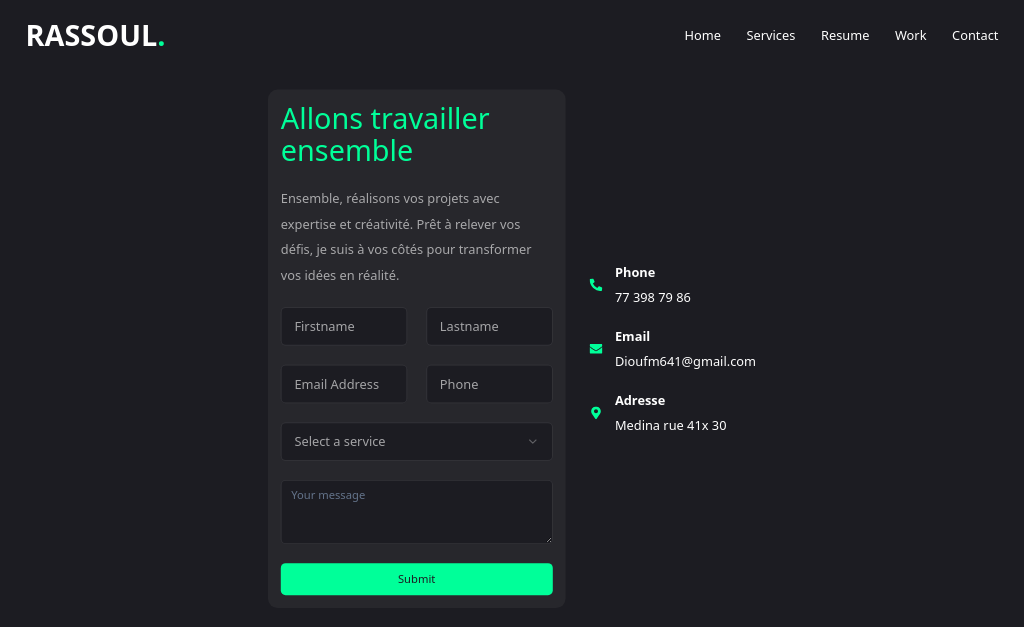
Repository: MDiouf9/portfolio2
Page: /contact
The author's editor kept a copy of each file at every save. The page is drawn from the files as they stood at one save, then again after the next save.
The browser window is 1280 px wide. The pictures show the whole page, at 80% of full size.
The project was rebuilt for these pictures with package versions that can differ from the ones it lists, and the page was loaded fresh each time. The framework's server and built-in components were replaced by stand-ins that run in the browser. Also part of the build but not shown: next.config.mjs.

Above is the page before, as saved 2024-10-16 00:00:12.

### src/app/contact/page.tsx
"use client"
import { Button } from '@/components/ui/button';
import { Input } from '@/components/ui/input';
import { Textarea } from '@/components/ui/textarea';
import {
  Select,
  SelectContent,
  SelectGroup,
  SelectItem,
  SelectLabel,
  SelectTrigger,
  SelectValue
} from '@/components/ui/select';
import { FaPhoneAlt, FaEnvelope, FaMapMarkerAlt } from 'react-icons/fa';
import { motion } from 'framer-motion';

const info = [
  {
    icon: <FaPhoneAlt />,
    title: 'Phone',
    description: '77 398 79 86'
  },
  {
    icon: <FaEnvelope />,
    title: 'Email',
    description: 'Dioufm641@gmail.com'
  },
  {
    icon: <FaMapMarkerAlt />,
    title: 'Adresse',
    description: 'Medina rue 41x 30'
  }
];

const Contact = () => {
  return (
    <motion.section
      initial={{ opacity: 0 }}
      animate={{
        opacity: 1,
        transition: { delay: 2.4, duration: 0.4, ease: 'easeIn' },
      }}
      className="py-6"
    >
      <div className="container mx-auto">
        <div className="flex flex-col   xl:flex-row gap-[30px]">
          {/* Formulaire de contact */}
          <div className="  xl:h-[54%] order-2  xl:order-none ">
            <form className="flex flex-col w- gap-6 p-4 bg-[#27272c] rounded-xl ">
              <h3 className="text-4xl text-accent"> Allons travailler ensemble</h3>
              <p className="text-white/60">


Ensemble, réalisons vos projets avec expertise et créativité. Prêt à relever vos défis, je suis à vos côtés pour transformer vos idées en réalité.
              </p>
              <div className="grid grid-cols-1 md:grid-cols-2 gap-6">
                <Input type="text" placeholder="Firstname" />
                <Input type="text" placeholder="Lastname" />
                <Input type="email" placeholder="Email Address" />
                <Input type="tel" placeholder="Phone" />
              </div>
              <Select>
                <SelectTrigger className="w-full">
                  <SelectValue placeholder="Select a service" />
                </SelectTrigger>
                <SelectContent>
                  <SelectGroup>
                    <SelectLabel>Select a service</SelectLabel>
                    <SelectItem value="est">Web Development</SelectItem>
                    <SelectItem value="cst">Mobile Development</SelectItem>
                  </SelectGroup>
                </SelectContent>
              </Select>
              <Textarea className='h-[200px]:' placeholder="Your message" />
              <Button>Submit</Button>
            </form>
          </div>

          {/* Section avec les informations de contact */}
          <div className="flex-1 flex items-center xl:justify-end order-1 xl:order-none mb-8 xl:mb-0">
            <div className="space-y-4 text-white">
              {info.map((item, index) => (
                <div key={index} className="flex items-center space-x-4">
                  <div className="text-accent">{item.icon}</div>
                  <div>
                    <h4 className="font-bold">{item.title}</h4>
                    <p>{item.description}</p>
                  </div>
                </div>
              ))}
            </div>
          </div>
        </div>
      </div>
    </motion.section>
  );
};

export default Contact;

### src/components/Header.tsx
import Link from 'next/link';
import { Button } from './ui/button';
import React from 'react';
import Nav from './Nav';
import MobileNav from './MobileNav';

const Header = () => {
  return (
    <header className='bg-dark py-3 xl:py-6 text-white w-full'>
      {/* Wrapper pour le contenu du header */}
      <div className='flex items-center justify-between px-4 md:px-8'>
        {/* Logo */}
        <Link href="/">
          <h1 className='text-3xl md:text-4xl font-semibold'>
            RASSOUL<span className='text-accent'>.</span>
          </h1>
        </Link>

        {/* Menu de navigation pour les grands écrans */}
        <div className="hidden xl:flex items-center gap-8">
          <Nav />
          {/* <Link href="/Contact">
            <Button>Hire Me</Button>
          </Link> */}
        </div>

        {/* Menu mobile (uniquement visible sur petits écrans) */}
        <div className='xl:hidden'>
          <MobileNav />
        </div>
      </div>
    </header>
  );
};

export default Header;

### src/components/ui/button.tsx
import * as React from "react";
import { Slot } from "@radix-ui/react-slot";
import { cva, type VariantProps } from "class-variance-authority";

import { cn } from "@/lib/utils";

// Définit les variantes directement dans l'objet variants
const buttonVariants = cva(
  "inline-flex items-center justify-center whitespace-nowrap rounded-md text-sm font-medium ring-offset-white transition-colors focus-visible:outline-none focus-visible:ring-2 focus-visible:ring-slate-950 focus-visible:ring-offset-2 disabled:pointer-events-none disabled:opacity-50 dark:ring-offset-slate-950 dark:focus-visible:ring-slate-300",
  {
    variants: {
      variant: {
        default: "bg-accent text-primary hover:bg-accent-hover",
        outline: "border border-slate-300 text-slate-700 hover:bg-accent-hover",
      },
      size: {
        default: "h-10 px-4 py-2",
        sm: "h-9 rounded-md px-3",
        lg: "h-11 rounded-md px-8",
        icon: "h-10 w-10",
      },
    },
    defaultVariants: {
      variant: "default",
      size: "default",
    },
  }
);

// Interface ButtonProps
export interface ButtonProps
  extends React.ButtonHTMLAttributes<HTMLButtonElement>,
    VariantProps<typeof buttonVariants> {
  asChild?: boolean;
}

const Button = React.forwardRef<HTMLButtonElement, ButtonProps>(
  ({ className, variant, size, asChild = false, ...props }, ref) => {
    const Comp = asChild ? Slot : "button";
    return (
      <Comp
        className={cn(buttonVariants({ variant, size, className }))}
        ref={ref}
        {...props}
      />
    );
  }
);
Button.displayName = "Button";

export { Button, buttonVariants };

### src/components/ui/input.tsx
import * as React from "react"

import { cn } from "@/lib/utils"

export interface InputProps
  extends React.InputHTMLAttributes<HTMLInputElement> {}

const Input = React.forwardRef<HTMLInputElement, InputProps>(
  ({ className, type, ...props }, ref) => {
    return (
      <input
        type={type}
        className={cn( 'flex h-[48px] rounded-md border border-white/10 focus:border-accent font-light bg-primary px-4 py-5  text-base placeholder:text-white/60 outline-none',

          className
        )}
        ref={ref}
        {...props}
      />
    )
  }
)
Input.displayName = "Input"

export { Input }

### src/components/ui/textarea.tsx
import * as React from "react"

import { cn } from "@/lib/utils"

export interface TextareaProps
  extends React.TextareaHTMLAttributes<HTMLTextAreaElement> {}

const Textarea = React.forwardRef<HTMLTextAreaElement, TextareaProps>(
  ({ className, ...props }, ref) => {
    return (
      <textarea
        className={cn(
          "flex min-h-[80px] w-full rounded-md border border-white/10 bg-primary px-3 py-2 text-sm ring-offset-white placeholder:text-slate-500 focus-visible:outline-none focus-visible:ring-2 focus-visible:ring-accent focus-visible:ring-offset-2 disabled:cursor-not-allowed disabled:opacity-50 dark:border-slate-800 dark:bg-slate-950 dark:ring-offset-slate-950 dark:placeholder:text-slate-400 dark:focus-visible:ring-slate-300",
          className
        )}
        ref={ref}
        {...props}
      />
    )
  }
)
Textarea.displayName = "Textarea"

export { Textarea }

### src/components/ui/select.tsx
"use client"

import * as React from "react"
import * as SelectPrimitive from "@radix-ui/react-select"
import { Check, ChevronDown, ChevronUp } from "lucide-react"

import { cn } from "@/lib/utils"

const Select = SelectPrimitive.Root

const SelectGroup = SelectPrimitive.Group

const SelectValue = SelectPrimitive.Value

const SelectTrigger = React.forwardRef<
  React.ElementRef<typeof SelectPrimitive.Trigger>,
  React.ComponentPropsWithoutRef<typeof SelectPrimitive.Trigger>
>(({ className, children, ...props }, ref) => (
  <SelectPrimitive.Trigger
    ref={ref}
    className={cn(
      "flex h-[48px] w-full items-center justify-between rounded-md border border-white/10 bg-primary px-4 py-5 text-base text-white/60 placeholder:text-white/10 focus:outline-none focus:ring-2 focus:border-accent outline-none",
      className
    )}
    {...props}
  >
    {children}
    <SelectPrimitive.Icon asChild>
      <ChevronDown className="h-4 w-4 opacity-50" />
    </SelectPrimitive.Icon>
  </SelectPrimitive.Trigger>
))
SelectTrigger.displayName = SelectPrimitive.Trigger.displayName

const SelectScrollUpButton = React.forwardRef<
  React.ElementRef<typeof SelectPrimitive.ScrollUpButton>,
  React.ComponentPropsWithoutRef<typeof SelectPrimitive.ScrollUpButton>
>(({ className, ...props }, ref) => (
  <SelectPrimitive.ScrollUpButton
    ref={ref}
    className={cn(
      "flex cursor-default items-center justify-center py-1",
      className
    )}
    {...props}
  >
    <ChevronUp className="h-4 w-4" />
  </SelectPrimitive.ScrollUpButton>
))
SelectScrollUpButton.displayName = SelectPrimitive.ScrollUpButton.displayName

const SelectScrollDownButton = React.forwardRef<
  React.ElementRef<typeof SelectPrimitive.ScrollDownButton>,
  React.ComponentPropsWithoutRef<typeof SelectPrimitive.ScrollDownButton>
>(({ className, ...props }, ref) => (
  <SelectPrimitive.ScrollDownButton
    ref={ref}
    className={cn(
      "flex cursor-default items-center justify-center py-1",
      className
    )}
    {...props}
  >
    <ChevronDown className="h-4 w-4" />
  </SelectPrimitive.ScrollDownButton>
))
SelectScrollDownButton.displayName =
  SelectPrimitive.ScrollDownButton.displayName

const SelectContent = React.forwardRef<
  React.ElementRef<typeof SelectPrimitive.Content>,
  React.ComponentPropsWithoutRef<typeof SelectPrimitive.Content>
>(({ className, children, position = "popper", ...props }, ref) => (
  <SelectPrimitive.Portal>
    <SelectPrimitive.Content
      ref={ref}
      className={cn(
        "relative z-50 max-h-96 min-w-[8rem] overflow-hidden rounded-md border border-accent bg-primary text-white/60 shadow-md data-[state=open]:animate-in data-[state=closed]:animate-out data-[state=closed]:fade-out-0 data-[state=open]:fade-in-0 data-[state=closed]:zoom-out-95 data-[state=open]:zoom-in-95 data-[side=bottom]:slide-in-from-top-2 data-[side=left]:slide-in-from-right-2 data-[side=right]:slide-in-from-left-2 data-[side=top]:slide-in-from-bottom-2 dark:border-slate-800 dark:bg-slate-950 dark:text-slate-50",
        position === "popper" &&
          "data-[side=bottom]:translate-y-1 data-[side=left]:-translate-x-1 data-[side=right]:translate-x-1 data-[side=top]:-translate-y-1",
        className
      )}
      position={position}
      {...props}
    >
      <SelectScrollUpButton />
      <SelectPrimitive.Viewport
        className={cn(
          "p-1",
          position === "popper" &&
            "h-[var(--radix-select-trigger-height)] w-full min-w-[var(--radix-select-trigger-width)]"
        )}
      >
        {children}
      </SelectPrimitive.Viewport>
      <SelectScrollDownButton />
    </SelectPrimitive.Content>
  </SelectPrimitive.Portal>
))
SelectContent.displayName = SelectPrimitive.Content.displayName

const SelectLabel = React.forwardRef<
  React.ElementRef<typeof SelectPrimitive.Label>,
  React.ComponentPropsWithoutRef<typeof SelectPrimitive.Label>
>(({ className, ...props }, ref) => (
  <SelectPrimitive.Label
    ref={ref}
    className={cn("py-1.5 pl-8 pr-2 text-sm font-semibold", className)}
    {...props}
  />
))
SelectLabel.displayName = SelectPrimitive.Label.displayName

const SelectItem = React.forwardRef<
  React.ElementRef<typeof SelectPrimitive.Item>,
  React.ComponentPropsWithoutRef<typeof SelectPrimitive.Item>
>(({ className, children, ...props }, ref) => (
  <SelectPrimitive.Item
    ref={ref}
    className={cn(
      "relative flex w-full cursor-default select-none items-center rounded-sm py-1.5 pl-8 pr-2 text-sm outline-none focus:bg-accent focus:text-slate-900 data-[disabled]:pointer-events-none data-[disabled]:opacity-50 dark:focus:bg-slate-800 dark:focus:text-accent",
      className
    )}
    {...props}
  >
    <span className="absolute left-2 flex h-3.5 w-3.5 items-center justify-center">
      <SelectPrimitive.ItemIndicator>
        <Check className="h-4 w-4" />
      </SelectPrimitive.ItemIndicator>
    </span>

    <SelectPrimitive.ItemText>{children}</SelectPrimitive.ItemText>
  </SelectPrimitive.Item>
))
SelectItem.displayName = SelectPrimitive.Item.displayName

const SelectSeparator = React.forwardRef<
  React.ElementRef<typeof SelectPrimitive.Separator>,
  React.ComponentPropsWithoutRef<typeof SelectPrimitive.Separator>
>(({ className, ...props }, ref) => (
  <SelectPrimitive.Separator
    ref={ref}
    className={cn("-mx-1 my-1 h-px bg-slate-100 dark:bg-slate-800", className)}
    {...props}
  />
))
SelectSeparator.displayName = SelectPrimitive.Separator.displayName

export {
  Select,
  SelectGroup,
  SelectValue,
  SelectTrigger,
  SelectContent,
  SelectLabel,
  SelectItem,
  SelectSeparator,
  SelectScrollUpButton,
  SelectScrollDownButton,
}

### src/components/Nav.tsx
"use client"
import React from 'react'
import Link from 'next/link'
import { usePathname } from 'next/navigation'



const links =[
        {
            name: "Home",
            path: "/",
        },
        {
            name: "Services",
            path: "/Services",
        },
        {
            name: "Resume",
            path: "/Resume",
        },
        {
            name: "work",
            path: "/Work",
        },
        {
            name: "Contact",
            path: "/Contact",
        },
    ]
 const Nav = () => {
  const  pathname = usePathname();
  return (
    <nav className=' flex gap-8'>
        {links.map((link,index) => {
            return (
                <Link href={link.path} key={index} className={`${link.path === pathname && "text-accent border-b-2 border-accent"} capitalize font-medium hover:text-accent transition-all`}>
                    {link.name}
                </Link>
            );
        })}

    </nav>
  );
}
export default Nav

### src/components/MobileNav.tsx
"use client";
import React from 'react'
import {Sheet ,  SheetContent, SheetTrigger, } from '@/components/ui/sheet'
import { usePathname } from 'next/navigation';
import Link from 'next/link';
import {CiMenuFries} from "react-icons/ci"

const links =[
  {
    name: "Home",
    path: "/",
},
{
    name: "Services",
    path: "/Services",
},
{
    name: "Resume",
    path: "/Resume",
},
{
    name: "work",
    path: "/Work",
},
{
    name: "Contact",
    path: "/Contact",
},
]

const MobileNav = () => {
  const pathname = usePathname();
  return (
    <Sheet>
<SheetTrigger className='flex justify-center items-center'>
  <CiMenuFries  className=' text-[32px] text-accent'/>
</SheetTrigger>
<SheetContent  className='flex flex-col'>

     <div className=' mt-32 mb-40 text-center txt-2xl'>
     <h1> MOUHAMED<span className='text-accent'>.</span> <em className='text-accent'>DIOUF</em></h1>

     </div>
     <nav className='flex flex-col justify-center items-center gap-8'>
{links.map((link,index)=>{
  return (
    <Link href={link.path} key={index} className={`${link.path === pathname && "text-accent border-b-2 border-accent"} capitalize font-medium hover:text-accent transition-all`}>
      {link.name}


    </Link>
  )
})

}
     </nav>
     </SheetContent>
    </Sheet>
  )
}

export default MobileNav

### src/components/ui/sheet.tsx
"use client"

import * as React from "react"
import * as SheetPrimitive from "@radix-ui/react-dialog"
import { cva, type VariantProps } from "class-variance-authority"
import {IoMdClose} from 'react-icons/io'

import { cn } from "@/lib/utils"

const Sheet = SheetPrimitive.Root

const SheetTrigger = SheetPrimitive.Trigger

const SheetClose = SheetPrimitive.Close

const SheetPortal = SheetPrimitive.Portal

const SheetOverlay = React.forwardRef<
  React.ElementRef<typeof SheetPrimitive.Overlay>,
  React.ComponentPropsWithoutRef<typeof SheetPrimitive.Overlay>
>(({ className, ...props }, ref) => (
  <SheetPrimitive.Overlay
    className={cn(
      "fixed inset-0 z-50 bg-black/80  data-[state=open]:animate-in data-[state=closed]:animate-out data-[state=closed]:fade-out-0 data-[state=open]:fade-in-0",
      className
    )}
    {...props}
    ref={ref}
  />
))
SheetOverlay.displayName = SheetPrimitive.Overlay.displayName

const sheetVariants = cva(
  "fixed z-50 gap-4 bg-primary p-6 shadow-lg transition ease-in-out data-[state=open]:animate-in data-[state=closed]:animate-out data-[state=closed]:duration-300 data-[state=open]:duration-500 dark:bg-slate-950",
  {
    variants: {
      side: {
        top: "inset-x-0 top-0 border-b data-[state=closed]:slide-out-to-top data-[state=open]:slide-in-from-top",
        bottom:
          "inset-x-0 bottom-0 border-t data-[state=closed]:slide-out-to-bottom data-[state=open]:slide-in-from-bottom",
        left: "inset-y-0 left-0 h-full w-3/4  data-[state=closed]:slide-out-to-left data-[state=open]:slide-in-from-left sm:max-w-sm",
        right:
          "inset-y-0 right-0 h-full w-3/4   data-[state=closed]:slide-out-to-right data-[state=open]:slide-in-from-right sm:max-w-sm",
      },
    },
    defaultVariants: {
      side: "right",
    },
  }
)

interface SheetContentProps
  extends React.ComponentPropsWithoutRef<typeof SheetPrimitive.Content>,
    VariantProps<typeof sheetVariants> {}

const SheetContent = React.forwardRef<
  React.ElementRef<typeof SheetPrimitive.Content>,
  SheetContentProps
>(({ side = "right", className, children, ...props }, ref) => (
  <SheetPortal>
    <SheetOverlay />
    <SheetPrimitive.Content
      ref={ref}
      className={cn(sheetVariants({ side }), className)}
      {...props}
    >
      {children}
      <SheetPrimitive.Close className="absolute right-4 top-4 rounded-sm opacity-70 ring-offset-white transition-opacity hover:opacity-100 focus:outline-none focus:ring-2 focus:ring-slate-950 focus:ring-offset-2 disabled:pointer-events-none data-[state=open]:bg-slate-100 dark:ring-offset-slate-950 dark:focus:ring-slate-300 dark:data-[state=open]:bg-slate-800">
        <IoMdClose className="text-3xl text-accent" />
        <span className="sr-only">Close</span>
      </SheetPrimitive.Close>
    </SheetPrimitive.Content>
  </SheetPortal>
))
SheetContent.displayName = SheetPrimitive.Content.displayName

const SheetHeader = ({
  className,
  ...props
}: React.HTMLAttributes<HTMLDivElement>) => (
  <div
    className={cn(
      "flex flex-col space-y-2 text-center sm:text-left",
      className
    )}
    {...props}
  />
)
SheetHeader.displayName = "SheetHeader"

const SheetFooter = ({
  className,
  ...props
}: React.HTMLAttributes<HTMLDivElement>) => (
  <div
    className={cn(
      "flex flex-col-reverse sm:flex-row sm:justify-end sm:space-x-2",
      className
    )}
    {...props}
  />
)
SheetFooter.displayName = "SheetFooter"

const SheetTitle = React.forwardRef<
  React.ElementRef<typeof SheetPrimitive.Title>,
  React.ComponentPropsWithoutRef<typeof SheetPrimitive.Title>
>(({ className, ...props }, ref) => (
  <SheetPrimitive.Title
    ref={ref}
    className={cn("text-lg font-semibold text-slate-950 dark:text-slate-50", className)}
    {...props}
  />
))
SheetTitle.displayName = SheetPrimitive.Title.displayName

const SheetDescription = React.forwardRef<
  React.ElementRef<typeof SheetPrimitive.Description>,
  React.ComponentPropsWithoutRef<typeof SheetPrimitive.Description>
>(({ className, ...props }, ref) => (
  <SheetPrimitive.Description
    ref={ref}
    className={cn("text-sm text-slate-500 dark:text-slate-400", className)}
    {...props}
  />
))
SheetDescription.displayName = SheetPrimitive.Description.displayName

export {
  Sheet,
  SheetPortal,
  SheetOverlay,
  SheetTrigger,
  SheetClose,
  SheetContent,
  SheetHeader,
  SheetFooter,
  SheetTitle,
  SheetDescription,
}

Loaded but not shown: src/app/layout.tsx (common file); src/app/globals.css (common file); src/lib/utils.ts (common file); tailwind.config.ts (common file)

After the next save:
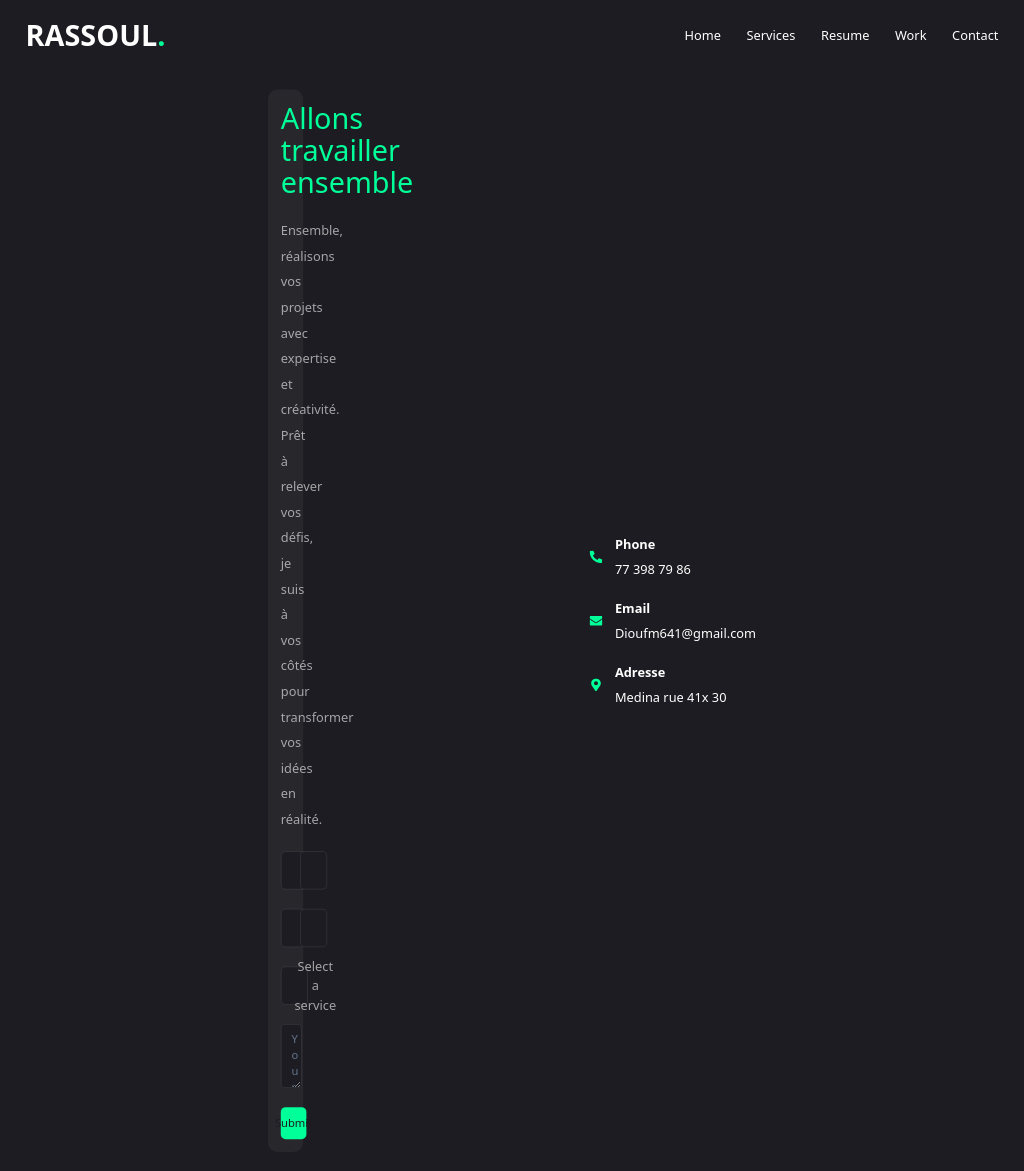
Saved 8 s later.
--- a/src/app/contact/page.tsx
+++ b/src/app/contact/page.tsx
@@ -46,7 +46,7 @@
         <div className="flex flex-col   xl:flex-row gap-[30px]">
           {/* Formulaire de contact */}
           <div className="  xl:h-[54%] order-2  xl:order-none ">
-            <form className="flex flex-col w- gap-6 p-4 bg-[#27272c] rounded-xl ">
+            <form className="flex flex-col w-11 gap-6 p-4 bg-[#27272c] rounded-xl ">
               <h3 className="text-4xl text-accent"> Allons travailler ensemble</h3>
               <p className="text-white/60">
 

After the 2 saves that followed:
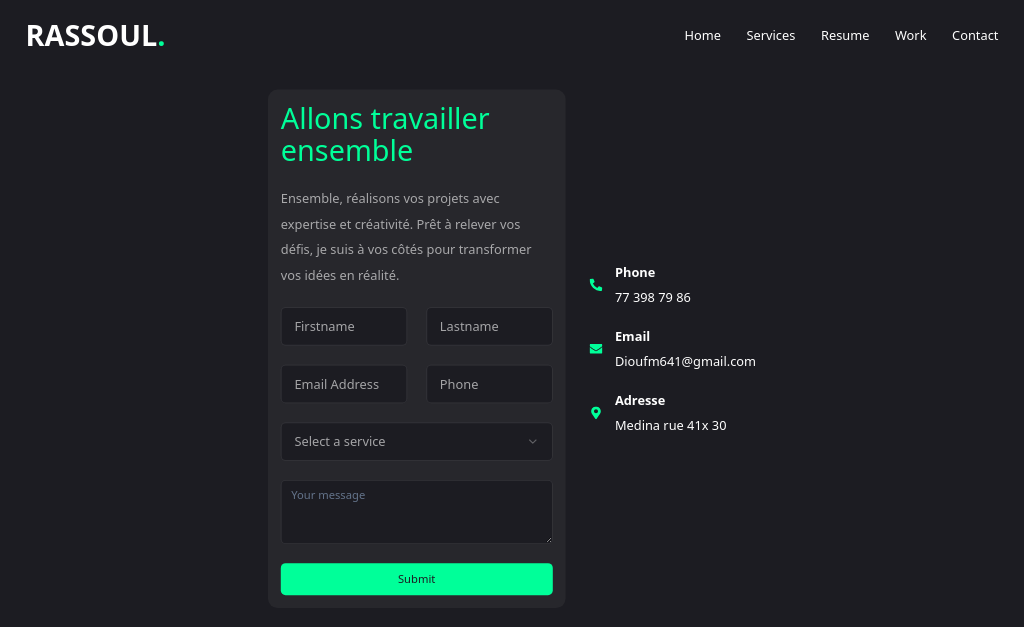
The 2 saves are shown as one change because they came seconds apart.
The last was saved 13 s later.
--- a/src/app/contact/page.tsx
+++ b/src/app/contact/page.tsx
@@ -46,7 +46,7 @@
         <div className="flex flex-col   xl:flex-row gap-[30px]">
           {/* Formulaire de contact */}
           <div className="  xl:h-[54%] order-2  xl:order-none ">
-            <form className="flex flex-col w-11 gap-6 p-4 bg-[#27272c] rounded-xl ">
+            <form className="flex flex-col w-full gap-6 p-4 bg-[#27272c] rounded-xl ">
               <h3 className="text-4xl text-accent"> Allons travailler ensemble</h3>
               <p className="text-white/60">
 
